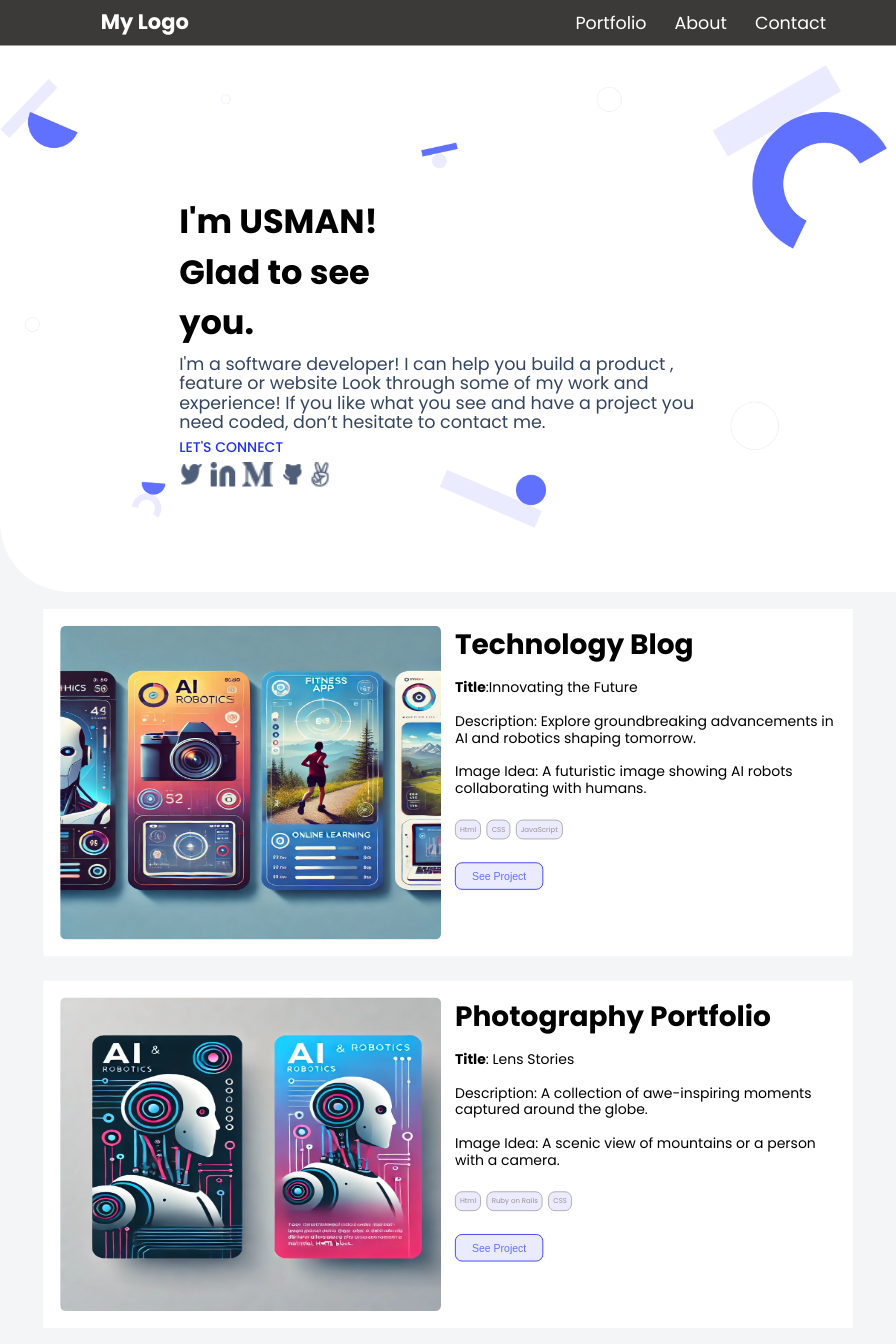
Repository: usman3123/portfolio-template-3
Page: index.html
The author's editor kept a copy of each file at every save. The page is drawn from the files as they stood at one save, then again after the next save.
The browser window is 1280 px wide. The pictures show the part of the page from y = 0 to 1920 px (the page is 4307 px tall before and 7833 px after), at 70% of full size.
Some web libraries are served in a nearby version.

Above is the page before, as saved 2025-03-13 10:34:54.

After the next save:
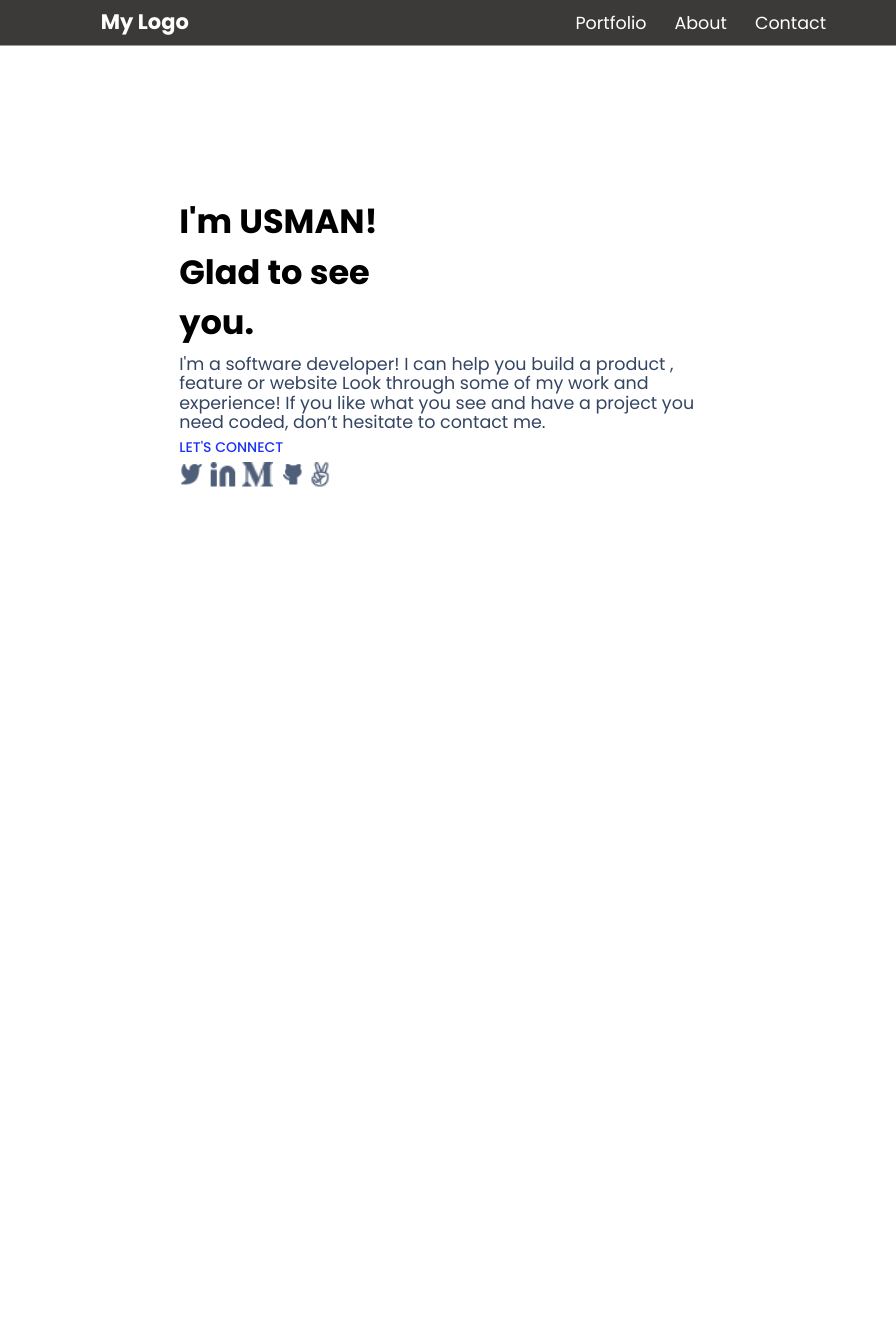
Saved 10 min 4 s later.
--- a/style.css
+++ b/style.css
@@ -59,13 +59,7 @@ body {
 .hero-page {
     background-color: white;
     border-bottom-left-radius: 100px;
-    background-image: url(/assets/Header\ bg@2x.png);
-    background-size: contain;
-    max-height: 846px;
     height: 100%;
-    background-position: center;
-    background-repeat: no-repeat;
-    max-width: 1440px;
 }
 
 .blur {
